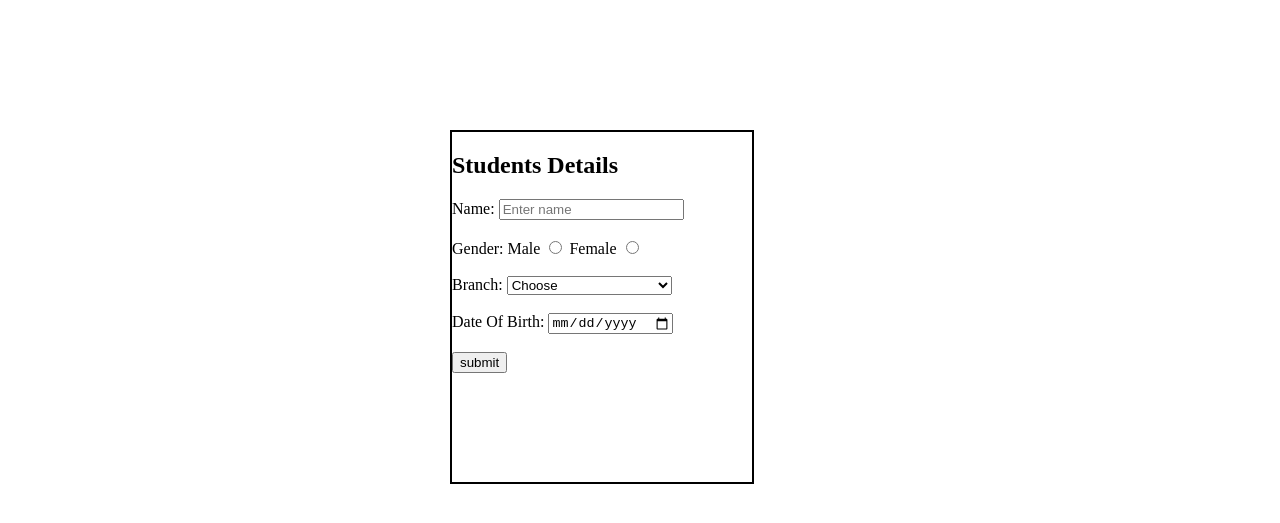
Repository: netravatih-paycorp/Assignments
Page: http://localhost/SpringMvc/home.jsp
The author's editor kept a copy of each file at every save. The page is drawn from the files as they stood at one save, then again after the next save.
The browser window is 1280 px wide. The pictures show the whole page.
The page is served by Tomcat 9.

Above is the page before, as saved 2023-07-17 12:10:33.

After the next save:
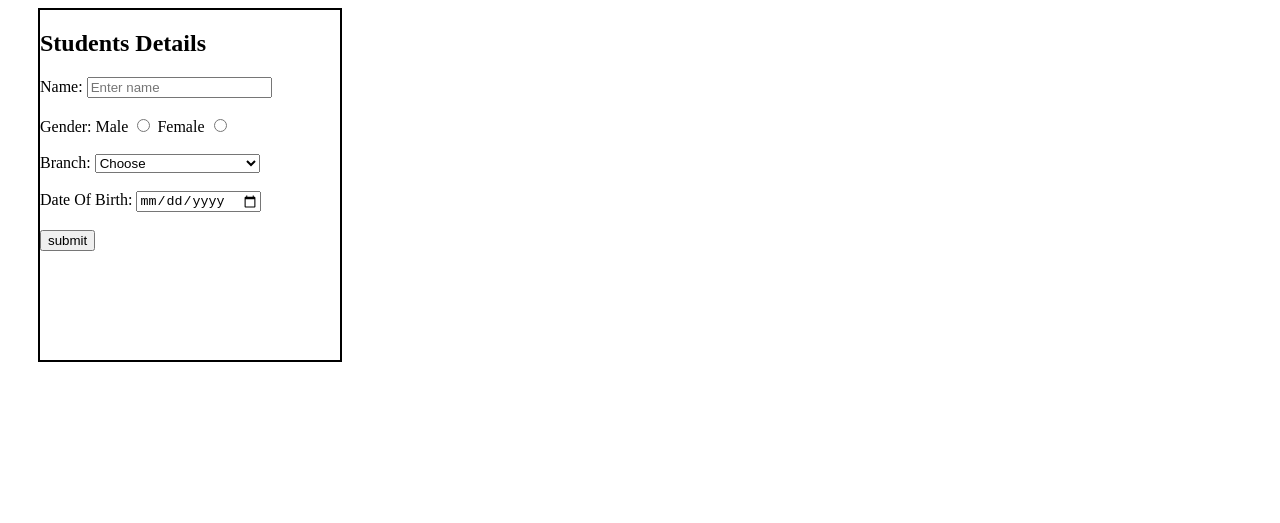
Saved 73 s later.
--- a/SpringMvc/src/main/webapp/home.jsp
+++ b/SpringMvc/src/main/webapp/home.jsp
@@ -25,9 +25,8 @@ function validateDate()
         border: 2px solid black;
         height:350px;
         width:300px;
-        position:absolute;
-        top:130px;
-        left:450px;
+        margin-left:30px;
+
 }
 </style>
 
